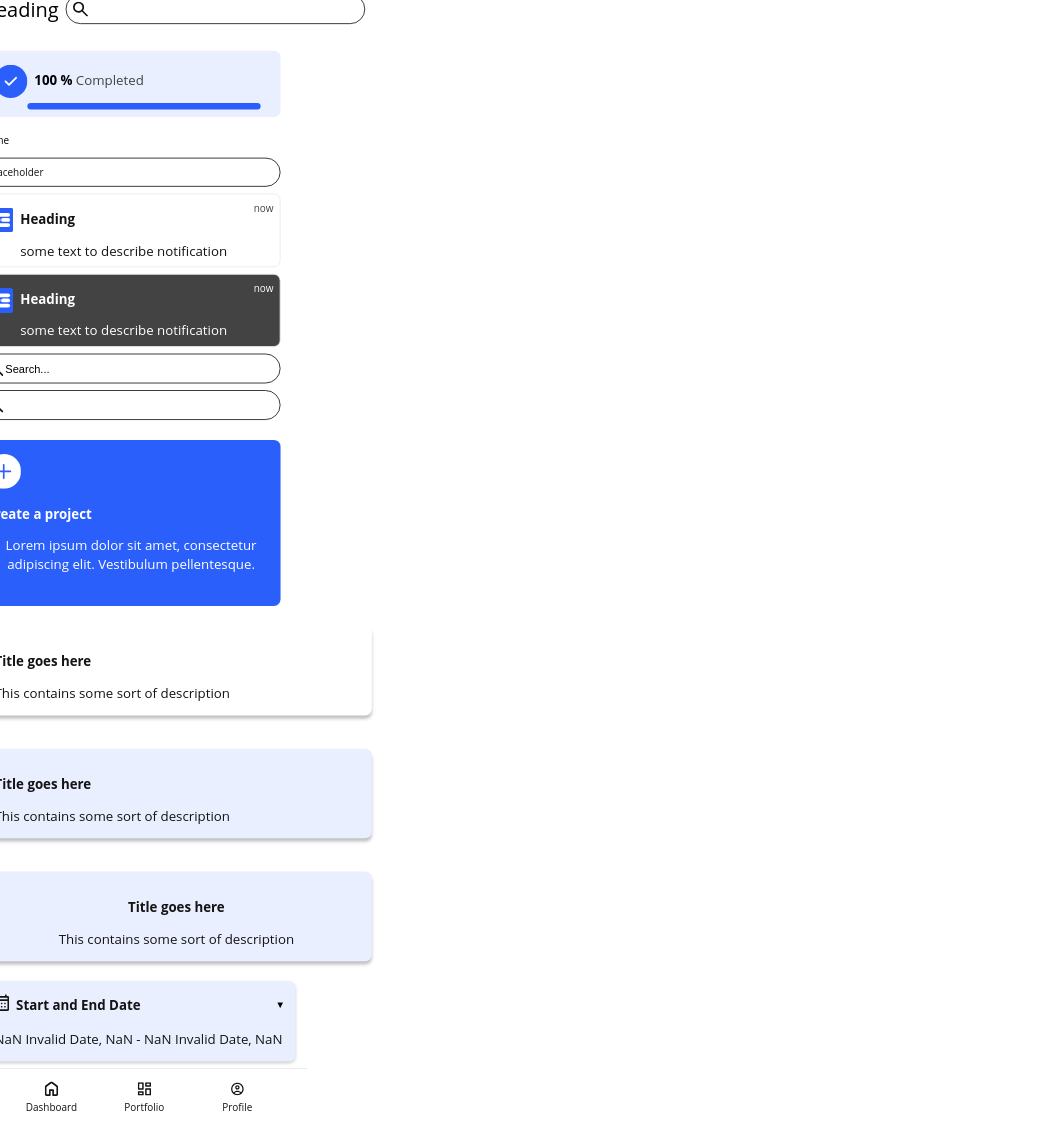
Repository: brunaguarizo/mosaic_app
Page: /
These files come from the project's save history. The page is drawn as it stood at one moment and after the next save; the edit follows.
The browser window is 1280 px wide. The pictures show the whole page, at 83% of full size.
The project was rebuilt for these pictures with package versions that can differ from the ones it lists, and the page was loaded fresh each time. The framework's server and built-in components were replaced by stand-ins that run in the browser. Also part of the build but not shown: next.config.mjs, app/_ui/Button/Button.js, app/_ui/Tag/Tag.js, app/_ui/Project_card/Project_card.js, app/_ui/Date_PopUp/Date_PopUp.module.css, app/_ui/Date_PopUp/Date_PopUp.js.

Above is the page before, as saved 2025-04-18 20:36:37.

After the next save:
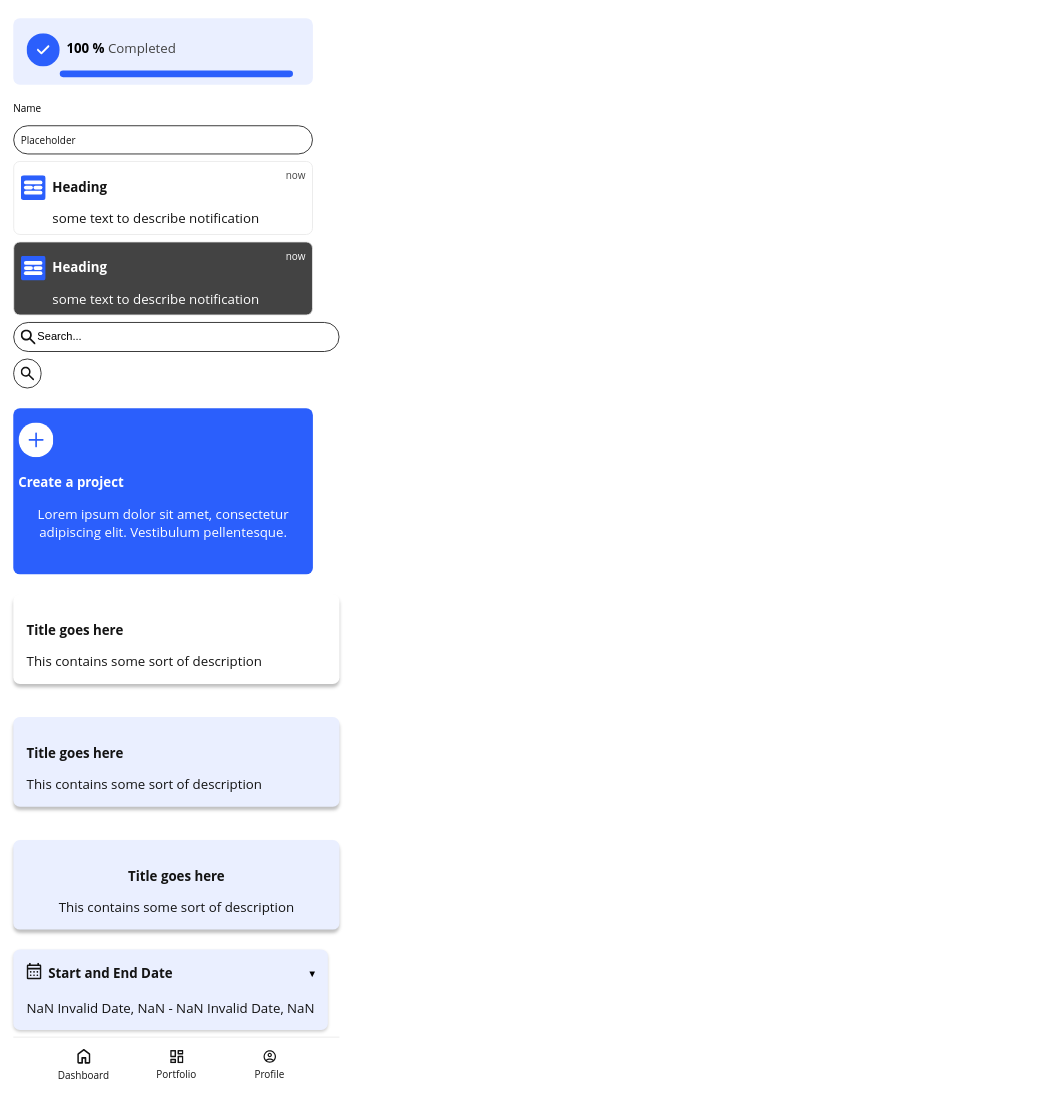
Saved 9 s later.
--- a/app/_ui/Search_Bar/Search_Bar.module.css
+++ b/app/_ui/Search_Bar/Search_Bar.module.css
@@ -1,18 +1,16 @@
 .primary {
     border: 1px solid var(--black);
     padding: var(--space-small);
-
+    box-sizing: content-box;
     display: flex;
     flex-direction: row;
     border-radius: var(--border-radius-large);
-    width: 361px;
 }
 
 .secondary {
     border: 1px solid var(--black);
     border-radius: var(--border-radius-large);
     width: var(--space-regular);
-    width: 361px;
 }
 
 .visible {
